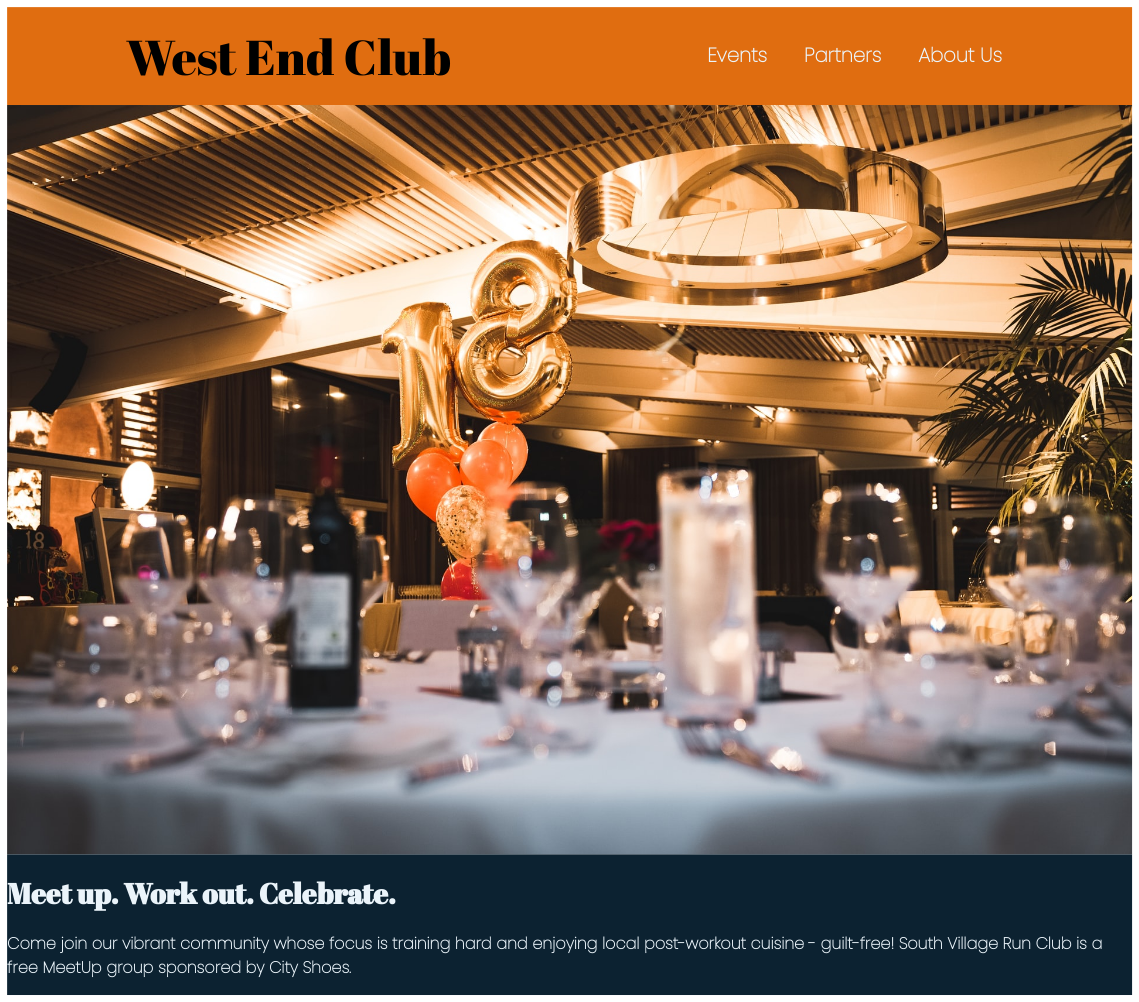
Repository: lastbronx41/lastbronx41.github.io
Page: starting/index.html
An editor plug-in stored every save of this project. The page is shown before and after the next save, followed by the edit.
The browser window is 1280 px wide. The pictures show the whole page, at 89% of full size.
Some web fonts or font styles are not loaded; a fallback is used.

Above is the page before, as saved 2022-07-19 04:37:09.

### starting/index.html
<!DOCTYPE html>

<html>
   <head>
      <meta charset="utf-8">
      <title>Our Club</title>
      <link rel="stylesheet" href="./styles.css" type="text/css">
      <link rel="preconnect" href="https://fonts.googleapis.com">
      <link rel="preconnect" href="https://fonts.gstatic.com" crossorigin>
      <link href="https://fonts.googleapis.com/css2?family=Abril+Fatface&family=Slabo+13px&family=Space+Mono&display=swap" rel="stylesheet">
      <link rel="preconnect" href="https://fonts.googleapis.com">
      <link rel="preconnect" href="https://fonts.gstatic.com" crossorigin>
      <link href="https://fonts.googleapis.com/css2?family=Abril+Fatface&family=Poppins:wght@100&family=Slabo+13px&family=Space+Mono&display=swap" rel="stylesheet">
   </head>

   <body>

      <div class="header">
         <div id="title">West End Club</div>
         <div>
            <ul class="links">
               <a href>
                  <li class="nav">Events</li>
               </a>
               <a href>
                  <li class="nav">Partners</li>
               </a>
               <a href>
                  <li class="nav">About Us</li>
               </a>
            </ul>
         </div>
      </div>

      <div id="cover-photo">
         <img src="./resources/cover-photo.jpg"/>
         <div class="main-text">
            <h1>Meet up. Work out. Celebrate.</h1>
               <p>Come join our vibrant community whose focus is training hard and enjoying local post-workout cuisine - guilt-free! South Village Run Club is a free MeetUp group sponsored by City Shoes.
               </p>

         </div>
      </div>



   </body>
</html>

### starting/styles.css
.header {
   display: flex;
   justify-content: space-around;
   background-color: #E06D10;
   align-items: center;
   padding: 1rem
}

#title {
   font-size: 55px;
   font-family: 'Abril Fatface', cursive;
}

.links, .links a {
   display: inline-flex;
   flex-wrap: wrap;
   justify-content: flex-end;
   list-style-type: none;
   gap: 1rem;
   text-decoration-line: none;
}

.nav {
   font-size: 22px;
   font-family: 'Poppins', sans-serif;
   font-weight: bolder;
   border-radius: 34%;
   padding: 0.4rem 0.8rem;
   color: #EBF4FA;
}

.nav:hover {
   color: #E06D10;
   background-color: black;
}

#cover-photo {
   display: flex;
   flex-direction: column;
}

#cover-photo img {
   max-width: 100%;
}
.main-text {
   background-color: #0C2231;
   color: #EBF4FA;
   margin: 2rem auto%;
}

.main-text h1 {
   font-family: 'Abril Fatface', cursive;
}

.main-text p {
   font-family: 'Poppins', sans-serif;
   font-size: 18px;
   font-weight: bolder;
}

After the next save:
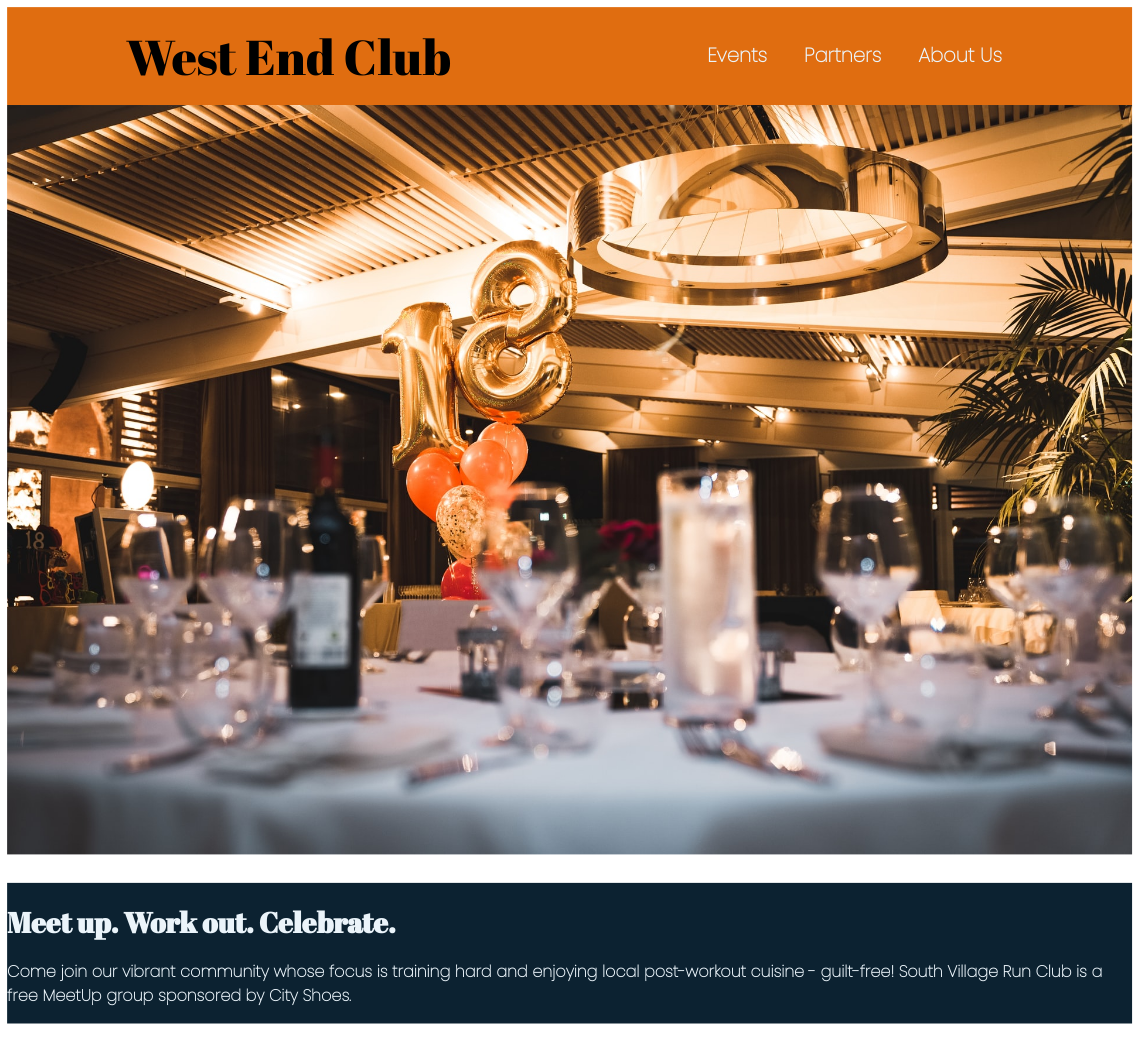
Saved 10 s later.
--- a/starting/styles.css
+++ b/starting/styles.css
@@ -45,7 +45,7 @@
 .main-text {
    background-color: #0C2231;
    color: #EBF4FA;
-   margin: 2rem auto%;
+   margin: 2rem auto;
 }
 
 .main-text h1 {
